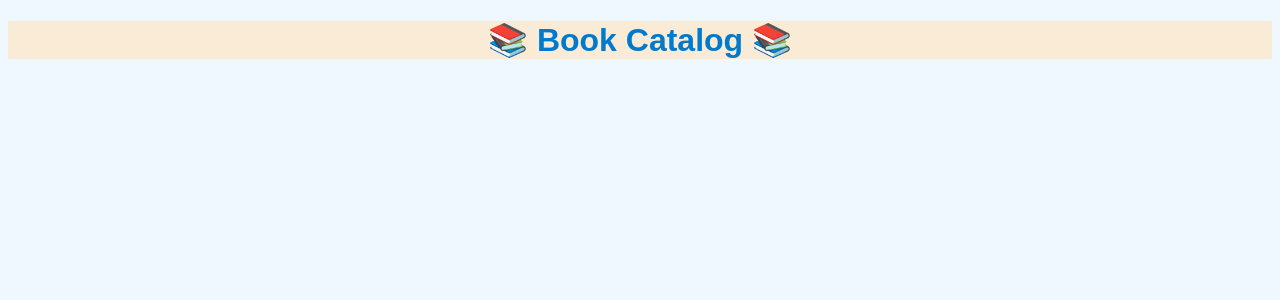
Repository: kaitlynlew/Book-Catalog
Page: /
The author's editor kept a copy of each file at every save. The page is drawn from the files as they stood at one save, then again after the next save.
The browser window is 1280 px wide. The pictures show the whole page.
The project was rebuilt for these pictures with package versions that can differ from the ones it lists, and the page was loaded fresh each time. Also part of the build but not shown: vite.config.js.

Above is the page before, as saved 2025-09-14 00:08:22.

### index.html
<!doctype html>
<html lang="en">

<head>
  <meta charset="UTF-8" />
  <meta name="viewport" content="width=device-width, initial-scale=1.0" />
  <title>📚 Book Catalog</title>
</head>

<body>
  <div id="root"></div>
  <script type="module" src="/src/main.jsx"></script>
</body>

</html>

### src/App.jsx

function App() {
  return <h1>📚 Book Catalog 📚</h1>;
}

export default App;

### src/App.css
/* index.css */
body {
  background-color: #f0f8ff;
  font-family: sans-serif;
}

h1 {
  color: #007acc;
  text-align: center;
background-color: antiquewhite;
}

Loaded but not shown: src/main.jsx (common file)

After the next save:
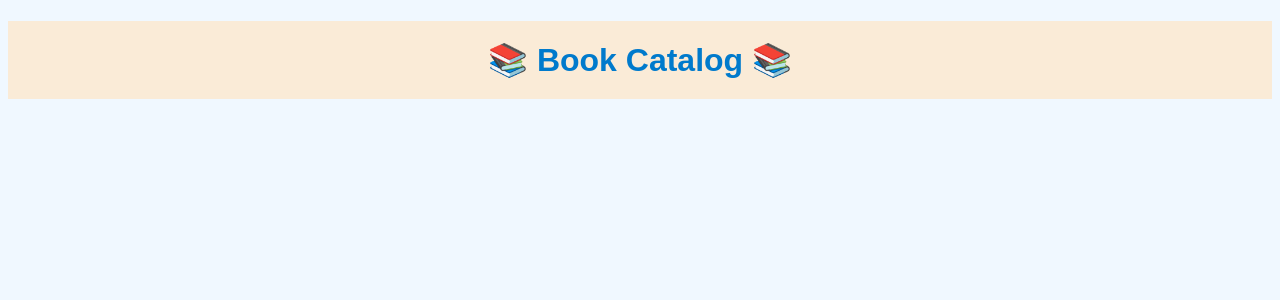
Saved 14 s later.
--- a/src/App.css
+++ b/src/App.css
@@ -7,5 +7,6 @@ body {
 h1 {
   color: #007acc;
   text-align: center;
-background-color: antiquewhite;
+  background-color: antiquewhite;
+  padding: 20px;
 }
